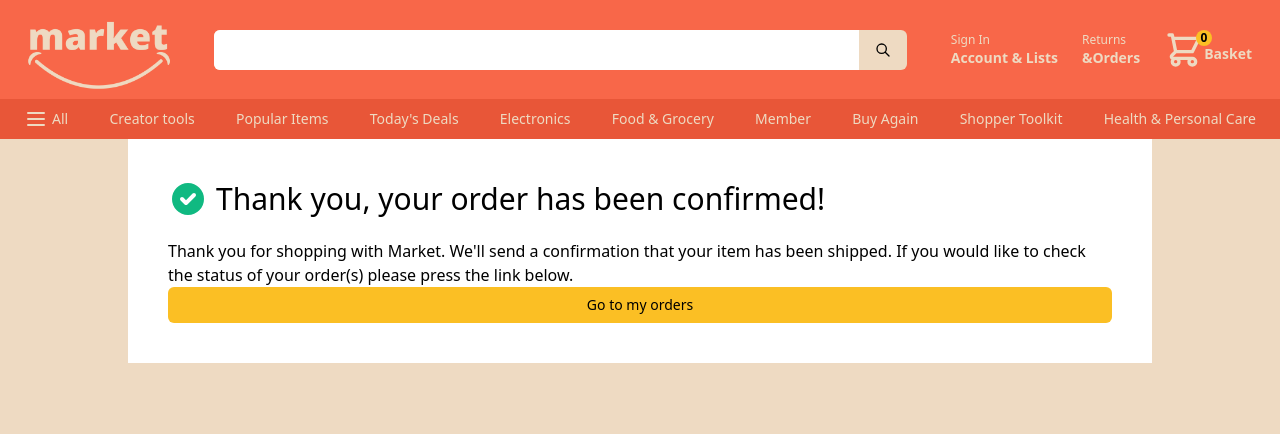
Repository: stephan-chiorean/marketplace-app
Page: /success
These files come from the project's save history. The page is drawn as it stood at one moment and after the next save; the edit follows.
The browser window is 1280 px wide. The pictures show the whole page.
The page's requests for data from a server got no answer. The project was rebuilt for these pictures with package versions that can differ from the ones it lists, and the page was loaded fresh each time. The framework's server and built-in components were replaced by stand-ins that run in the browser. No one was signed in, and anything a server would have sent is missing. Also part of the build but not shown: next.config.js.

Above is the page before, as saved 2023-03-14 17:07:50.

### src/pages/_app.js
import '@/styles/globals.css';
import { store } from '../store/store';
import { Provider } from 'react-redux';
import { SessionProvider } from 'next-auth/react';

export default function App({ Component, pageProps }) {
  return (
    <SessionProvider session={pageProps.session}>
      <Provider store={store}>
        <Component {...pageProps} />
      </Provider>
    </SessionProvider>
  );
}

### src/pages/success.js
import React from 'react';
import Header from '@/components/Header';
import { CheckCircleIcon } from '@heroicons/react/solid';

function Success() {
  return (
    <div className='bg-marketplace-light h-screen'>
      <Header />
      <main className='max-w-screen-lg mx-auto'>
        <div className="flex flex-col p-10 bg-white">
          <div className="flex items-center space-x-2 mb-5">
            <CheckCircleIcon className='text-green-500 h-10' />
            <h1 className='text-3xl'>
              Thank you, your order has been confirmed!
            </h1>
          </div>
          <p>
            Thank you for shopping with Market. We'll send a confirmation that your item has been shipped. If you would like to check the status of your order(s) please press the link below.
          </p>
          <button className="button">Go to my orders</button>
        </div>
      </main>
    </div>
  );
}

export default Success;

### src/styles/globals.css
@tailwind base;
@tailwind components;
@tailwind utilities;

@layer components {
    .link {
        @apply cursor-pointer hover:underline
    }
    .button {
        @apply p-2 text-xs md:text-sm bg-yellow-400 hover:bg-yellow-300 rounded-md
    }
    .clicked {
        @apply p-2 text-xs md:text-sm bg-green-400 rounded-md
    }
    .blocked {
        @apply p-2 text-xs md:text-sm bg-gray-400 text-gray-600 cursor-not-allowed rounded-md
    }
}

### src/store/store.js
import { configureStore } from "@reduxjs/toolkit";
import basketReducer from "../slices/basketSlice";

export function makeStore() {
  return configureStore({
    reducer: {
      basket: basketReducer,
    },
  });

}
export const store = makeStore()

### src/components/Header.js
import React from 'react';
import Image from 'next/image';
import {
  MenuIcon,
  SearchIcon,
  ShoppingCartIcon,
} from '@heroicons/react/outline';
import {signIn, signOut, useSession} from "next-auth/react";
import { useRouter } from 'next/router';
import { useSelector } from 'react-redux';
import { selectItems } from '@/slices/basketSlice';

function Header() {
  const items = useSelector(selectItems);
  const { data: session } = useSession()
  const router = useRouter();
  console.log("LENGTH HERE", items.length)
  return (
    <header>
      <div className='flex items-center bg-marketplace p-1 flex-grow py-2'>
        <div className='mt-2 flex items-center flex-grow sm:flex-grow-0'>
          <Image
            onClick={()=> router.push('/')}
            src='/images/logo.png'
            width={150}
            height={40}
            objectFit='contain'
            className='cursor-pointer mx-5'
          />
        </div>
        {/* search */}
        <div className='hidden sm:flex items-center h-10 rounded-md flex-grow cursor-pointer bg-[#EEDAC2] hover:bg-[#e4c7a4] mx-5'>
          <input
            className='p-2 h-full w-6 flex-grow flex-shrink rounded-l-md focus:outline-none px-4'
            type='text'
          />
          <SearchIcon className='h-12 p-4' />
        </div>
        {/* Right */}
        <div className='text-[#EEDAC2] flex items-center text-xs space-x-3 md:space-x-6 mx-6 whitespace-nowrap'>
          <div onClick={!session ? signIn : signOut} className='link'>
            <p>{session ? `Hello ${session.user.name}`:`Sign In`}</p>
            <p className='font-extrabold md:text-sm'>Account & Lists</p>
          </div>
          <div className='link'>
            <p>Returns</p>
            <p className='font-extrabold md:text-sm'>&Orders</p>
          </div>
          <div onClick={()=> router.push('/checkout')} className='relative link flex items-center'>
            <span className='absolute top-0 right-0 md:right-10 h-4 w-4 bg-yellow-400 text-center rounded-full text-black font-bold'>
              {items.length}
            </span>
            <ShoppingCartIcon className='h-10' />
            <p className='hidden md:inline font-extrabold md:text-sm mt-2'>
              Basket
            </p>
          </div>
        </div>
      </div>
      {/* Bottom nav */}
      <div className='flex p-2 px-6 justify-between items-center bg-marketplace-darky text-marketplace-light text-sm'>
        <p className='link flex items-center'>
          <MenuIcon className='h-6 mr-1' />
          All
        </p>
        <p className="link">Creator tools</p>
        <p className="link">Popular Items</p>
        <p className="link">Today's Deals</p>
        <p className="link hidden lg:inline-flex">Electronics</p>
        <p className="link hidden lg:inline-flex">Food & Grocery</p>
        <p className="link hidden lg:inline-flex">Member</p>
        <p className="link hidden lg:inline-flex">Buy Again</p>
        <p className="link hidden lg:inline-flex">Shopper Toolkit</p>
        <p className="link hidden lg:inline-flex">Health & Personal Care</p>

      </div>
    </header>
  );
}

export default Header;

### src/slices/basketSlice.js
import { createSlice } from '@reduxjs/toolkit';

const initialState = {
  items: [],
};

export const basketSlice = createSlice({
  name: 'basket',
  initialState,
  reducers: {
    addToBasket: (state, action) => {
      state.items = [...state.items, action.payload];
    },
    removeFromBasket: (state, action) => {
      const index = state.items.findIndex(
        (basketItem) => basketItem.id === action.payload.id
      );
      let newBasket = [...state.items];
      if(index>=0) {
        newBasket.splice(index, 1)
      }
      else {
        console.warn(`Can't remove product (id: ${action.payload.id}) as it's not in the basket`)
      }
      state.items = newBasket;
    },
  },
});

export const { addToBasket, removeFromBasket } = basketSlice.actions;

// Selectors - This is how we pull information from the Global store slice
export const selectItems = (state) => state.basket.items;
export const selectTotal = (state) => state.basket.items.reduce((total,item) => total + item.price,0);

export default basketSlice.reducer;

### tailwind.config.js
module.exports = {
    mode: "jit",
    purge: [
      "./src/pages/**/*.{js,ts,jsx,tsx}",
      "./src/components/**/*.{js,ts,jsx,tsx}",
    ],
    darkMode: false, // or 'media' or 'class'
    theme: {
      extend: {
        colors: {
          amazon_blue: {
            light: "#232F3E",
            DEFAULT: "#131921",
          },
          marketplace: {
            DEFAULT: "#F86749",
            darky:"#E85638",
            light: "#EEDAC2",
          }
        },
      },
    },
    variants: {
      extend: {},
    },
    plugins: [require("@tailwindcss/line-clamp")],
  };

Loaded but not shown: src/pages/_document.js (common file)

After the next save:
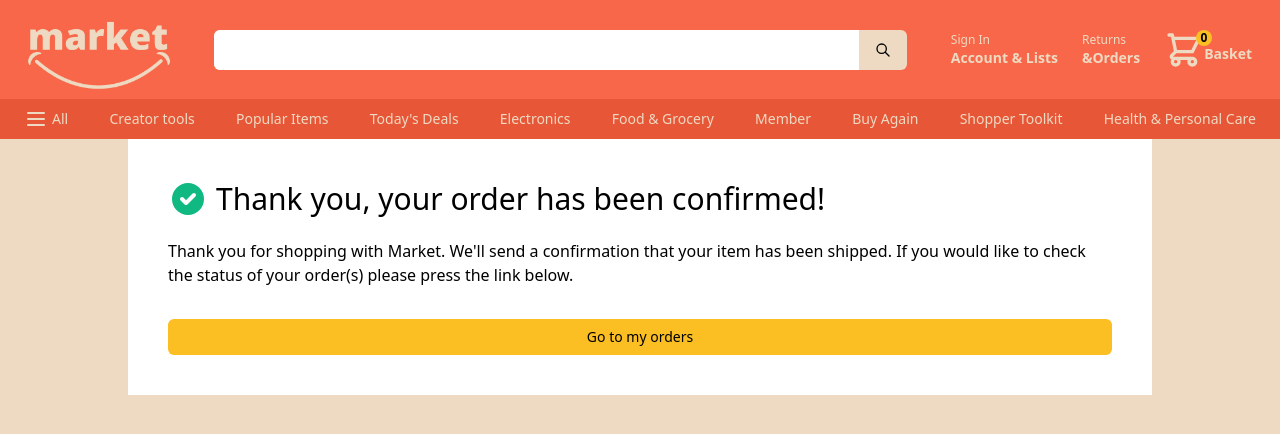
Saved 6 s later.
--- a/src/pages/success.js
+++ b/src/pages/success.js
@@ -17,7 +17,7 @@
           <p>
             Thank you for shopping with Market. We'll send a confirmation that your item has been shipped. If you would like to check the status of your order(s) please press the link below.
           </p>
-          <button className="button">Go to my orders</button>
+          <button className="button mt-8">Go to my orders</button>
         </div>
       </main>
     </div>
